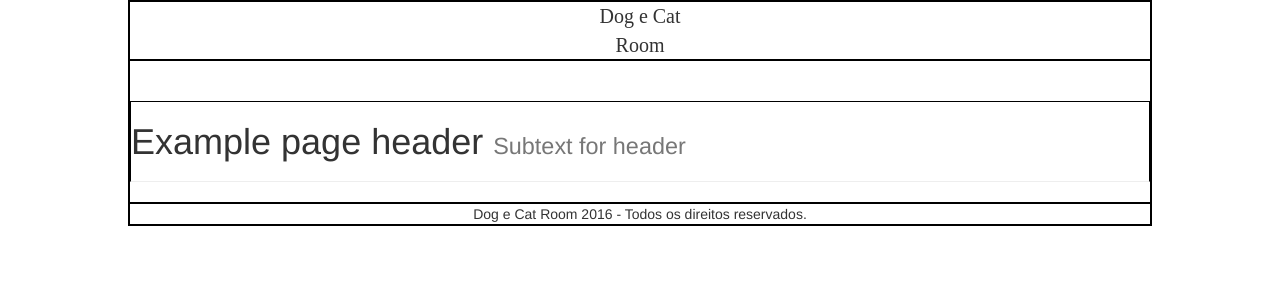
Repository: Natanzx/DogECatRoom
Page: http://localhost/DogECatRoom/login.jsp
An editor plug-in stored every save of this project. The page is shown before and after the next save, followed by the edit.
The browser window is 1280 px wide. The pictures show the whole page.
The page is served by Tomcat 9. Other server files are loaded and not shown.

Above is the page before, as saved 2016-05-15 19:19:47.

### DogECatRoom/WebContent/login.jsp
<%@ page language="java" contentType="text/html; charset=ISO-8859-1"
    pageEncoding="ISO-8859-1"%>
<!DOCTYPE html PUBLIC "-//W3C//DTD HTML 4.01 Transitional//EN" "http://www.w3.org/TR/html4/loose.dtd">
<html>
<head>
	<meta http-equiv="Content-Type" content="text/html; charset=ISO-8859-1">
	<title>Efetuar Login</title>

	<link rel="stylesheet" type="text/css" href="/DogECatRoom/bibliotecas/css/estilos.css">
	<link rel="stylesheet" type="text/css" href="/DogECatRoom/bibliotecas/css/bootstrap.css">
</head>
<body>
	<div class="divMargin">
		<div style="text-align: center; font-size: 20px; font-family: Century Gothic";>
			Dog e Cat
			<br>
			Room
		</div>

		<div>
			<div class="page-header">
			  <h1>Example page header <small>Subtext for header</small></h1>
			</div>

		</div>

		<div style="text-align: center;">
			Dog e Cat Room 2016 - Todos os direitos reservados.
		</div>
	</div>
</body>
</html>

### DogECatRoom/WebContent/bibliotecas/css/estilos.css
@CHARSET "ISO-8859-1";

div {

	border				: 1px solid black;
}

.divMargin{
	width				: 80%;
	margin				: auto;

}

Loaded but not shown: DogECatRoom/WebContent/bibliotecas/css/bootstrap.css (library)

After the next save:
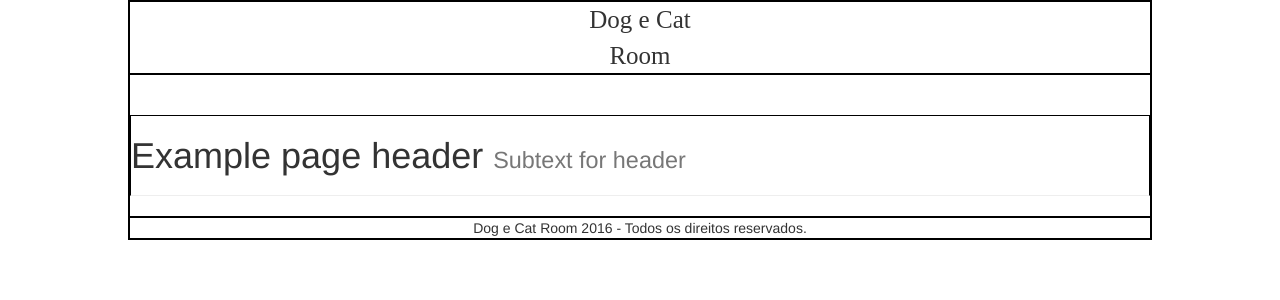
Saved 74 s later.
--- a/DogECatRoom/WebContent/login.jsp
+++ b/DogECatRoom/WebContent/login.jsp
@@ -11,7 +11,7 @@
 </head>
 <body>
 	<div class="divMargin">
-		<div style="text-align: center; font-size: 20px; font-family: Century Gothic";>
+		<div style="text-align: center; font-size: 25px; font-family: Century Gothic";>
 			Dog e Cat
 			<br>
 			Room
